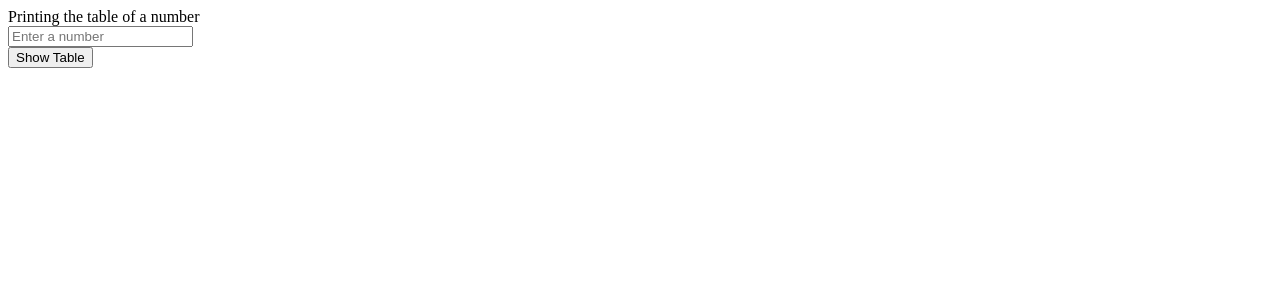
Repository: ramchander-mokilla/myprojects
Page: AjaxDemo/WebContent/index.html
The author's editor kept a copy of each file at every save. The page is drawn from the files as they stood at one save, then again after the next save.
The browser window is 1280 px wide. The pictures show the whole page.

Above is the page before, as saved 2017-05-09 14:03:42.

### AjaxDemo/WebContent/index.html
<!DOCTYPE html>
<html>
<head>
<meta charset="ISO-8859-1">
<title>My Page</title>

<script type="text/javascript">

	var request;

	if(window.XMLHttpRequest)
	{
		request = new XMLHttpRequest(); //for IE7 and rest of the browsers
	}
	else
	{
		request = new ActiveXObject("Microsoft.XMLHTTP"); //for Windows IE5 or IE6 support
	}

</script>

</head>
<body>
Printing the table of a number
<form action="tableForm">
	<input type="text" name="txtNum" placeholder="Enter a number">
	<br/>
	<input type="button" value="Show Table">
</form>

<span id="data">

</span>

</body>
</html>

After the next save:
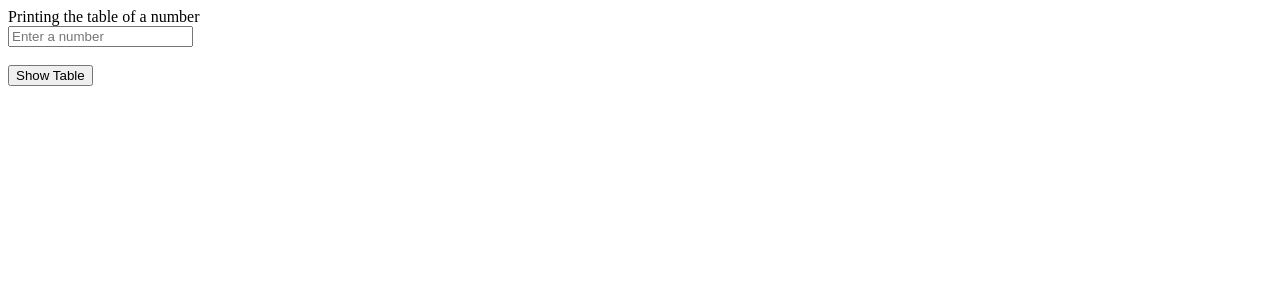
Saved 19 min 27 s later.
--- a/AjaxDemo/WebContent/index.html
+++ b/AjaxDemo/WebContent/index.html
@@ -8,13 +8,18 @@
 
 	var request;
 
-	if(window.XMLHttpRequest)
-	{
-		request = new XMLHttpRequest(); //for IE7 and rest of the browsers
-	}
-	else
-	{
-		request = new ActiveXObject("Microsoft.XMLHTTP"); //for Windows IE5 or IE6 support
+	function sendRequest(){
+
+		if(window.XMLHttpRequest)
+		{
+			request = new XMLHttpRequest(); //for IE7 and rest of the browsers
+		}
+		else
+		{
+			request = new ActiveXObject("Microsoft.XMLHTTP"); //for Windows IE5 or IE6 support
+		}
+
+		var number = document.tableForm.txtNum.value;
 	}
 
 </script>
@@ -24,8 +29,8 @@
 Printing the table of a number
 <form action="tableForm">
 	<input type="text" name="txtNum" placeholder="Enter a number">
-	<br/>
-	<input type="button" value="Show Table">
+	<br/><br/>
+	<input type="button" value="Show Table" onclick="sendRequest()">
 </form>
 
 <span id="data">
